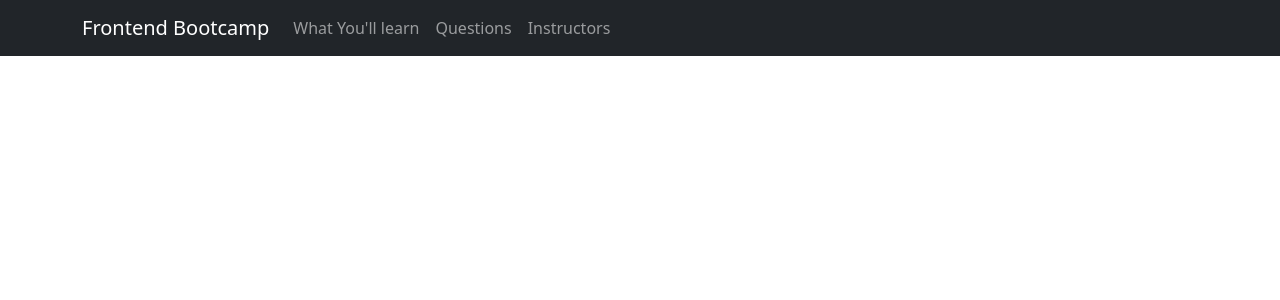
Repository: Marhamat92/Bootstrap5-Responsive-Website-
Page: index.html
An editor plug-in stored every save of this project. The page is shown before and after the next save, followed by the edit.
The browser window is 1280 px wide. The pictures show the whole page.

Above is the page before, as saved 2021-09-18 15:37:20.

After the next save:
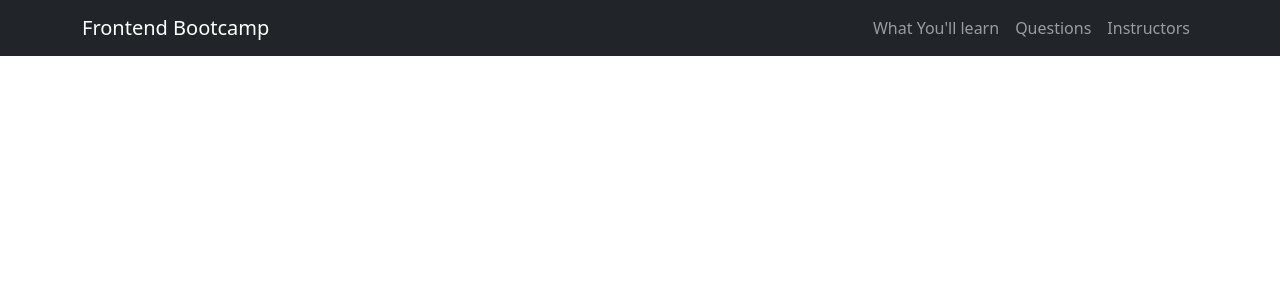
Saved 4 min 2 s later.
--- a/index.html
+++ b/index.html
@@ -13,7 +13,7 @@
  <nav class="navbar navbar-expand-lg bg-dark navbar-dark">
      <div class="container"><a href="#" class="navbar-brand">Frontend Bootcamp</a>
       <div class="collapse navbar-collapse">
-          <ul class="navbar-nav">
+          <ul class="navbar-nav ms-auto">
            <li class="nav-item">
               <a href="#learn" class="nav-link">What You'll learn</a>
            </li>
